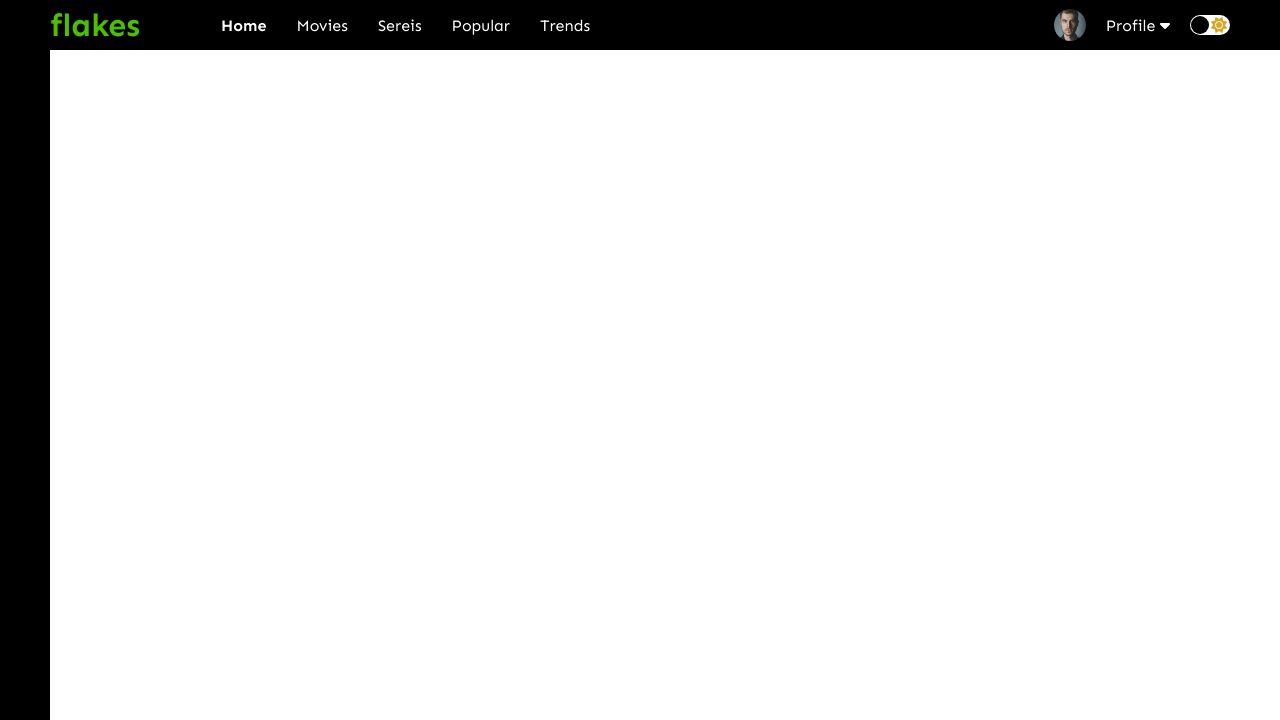
Repository: JulyK9/Movie-Website
Page: index.html
These files come from the project's save history. The page is drawn as it stood at one moment and after the next save; the edit follows.
The browser window is 1280 px wide. The pictures show the whole page.
Some web libraries are served in a nearby version.

Above is the page before, as saved 2022-07-03 21:32:49.

### index.html
<!DOCTYPE html>
<html lang="en">
<head>
    <meta charset="UTF-8">
    <meta http-equiv="X-UA-Compatible" content="IE=edge">
    <meta name="viewport" content="width=device-width, initial-scale=1.0">
    <title>Movie design</title>
    <link rel="stylesheet" href="style.css">

    <link rel="preconnect" href="https://fonts.googleapis.com">
    <link rel="preconnect" href="https://fonts.gstatic.com" crossorigin>
    <link href="https://fonts.googleapis.com/css2?family=Roboto:wght@100;300;400;500;700;900&family=Sen:wght@400;700;800&display=swap" rel="stylesheet">
    <link rel="stylesheet" href="https://cdnjs.cloudflare.com/ajax/libs/font-awesome/6.1.1/css/all.min.css">
</head>

<body>
    <nav class="navbar">
        <div class="navbar-container">
            <div class="logo-container"><h1 class="logo">flakes</h1></div>
            <div class="menu-container">
                <ul class="menu-list">
                    <li class="menu-list-item active">Home</li>
                    <li class="menu-list-item">Movies</li>
                    <li class="menu-list-item">Sereis</li>
                    <li class="menu-list-item">Popular</li>
                    <li class="menu-list-item">Trends</li>
                </ul>
            </div>
            <div class="profile-container">
                <img class="profile-picture" src="./img/profile.jpg" alt="profile">
                <div class="profile-text-container">
                    <span class="profile-text">Profile</span>
                    <i class="fa-solid fa-caret-down"></i>
                </div>
                <div class="toggle">
                    <i class="fa-solid fa-moon toggle-icon"></i>
                    <i class="fa-solid fa-sun toggle-icon"></i>
                    <div class="toggle-ball">

                    </div>
                </div>
            </div>
        </div>
    </nav>
    <div class="sidebar"></div>

</body>

</html>

### style.css
* {
    box-sizing: border-box;
    margin: 0;
    text-decoration: none;
    list-style: none;
}

body {
    font-family: 'Roboto', sans-serif;
    /* overflow: hidden; */
}

.navbar {
    width: 100%;
    height: 50px;
    background-color: black;
}

.navbar-container {
    height: 100%;
    display: flex;
    align-items: center;
    padding: 0 50px;
    color: white;
    font-family: 'Sen', sans-serif;
}

.logo-container {
    flex: 1;
}

.logo {
    font-size: 2rem;
    color: #4dbf00;
}

.menu-container {
    flex: 6;
}

.menu-list {
    display: flex;
    align-items: center;
}

.menu-list-item {
    margin-right: 30px;   /* item 간 간격 조정 */
}

.menu-list-item.active {  /* class 를 2개 부여해서 선택해 줌 */
    font-weight: bold;
}

.profile-container {
    flex: 2;
    display: flex;
    align-items: center;
    justify-content: flex-end;
}

.profile-picture {
    width: 32px;
    height: 32px;
    border-radius: 50%;
    object-fit: cover;   /* 가로세로 비율은 유지하면서 컨텐이너에 꽉 차게 설정 */
}

.toggle {
    width: 40px;
    height: 20px;
    background-color: white;
    border-radius: 30px;
    display: flex;
    justify-content: space-around;
    align-items: center;
    position: relative;
}

.toggle-icon {
    color: goldenrod;
    /* z-index: 0; */
}

.toggle-ball {
    width: 18px;
    height: 18px;
    background-color: black;
    border-radius: 50%;
    position: absolute;
    left: 1px;
    /* border-radius: 50%; */
    /* z-index: 100; */
}

.profile-text-container {
    margin: 0 20px;
}

.sidebar {
    width: 50px;
    height: 100%;
    background-color: black;
    position: fixed;   /* 스크롤바 생기는 부분 제거 및 사이드바 고정 */
    top: 0;     /* 사이드바 상단 고정 */
}

After the next save:
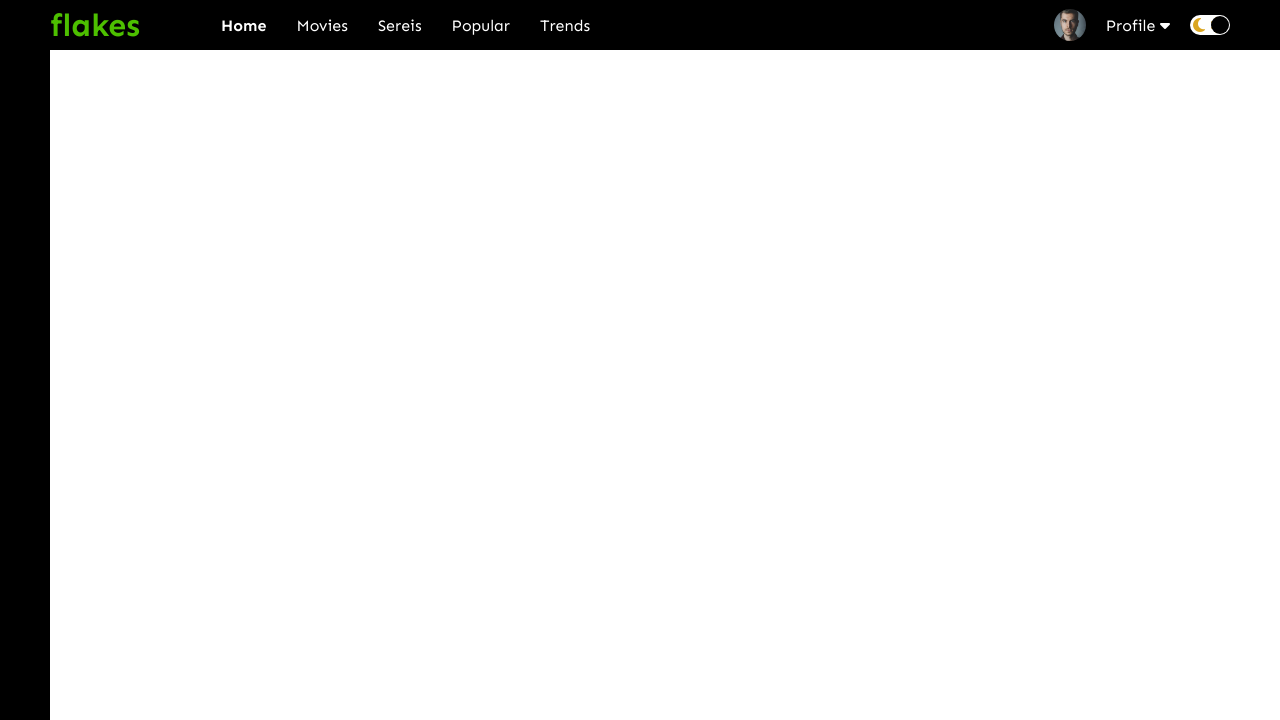
Saved 8 s later.
--- a/style.css
+++ b/style.css
@@ -87,7 +87,7 @@ body {
     background-color: black;
     border-radius: 50%;
     position: absolute;
-    left: 1px;
+    right: 1px;
     /* border-radius: 50%; */
     /* z-index: 100; */
 }
